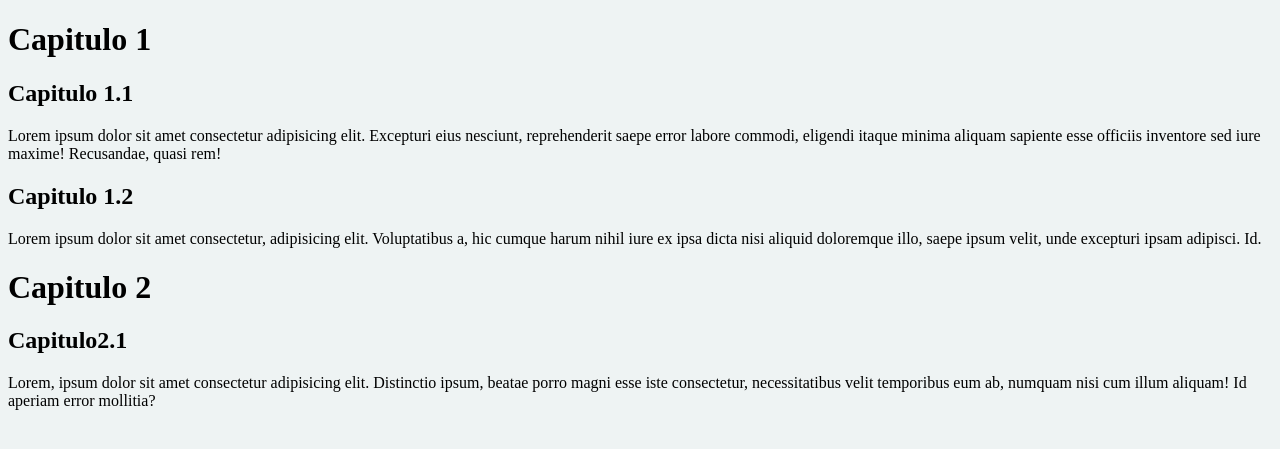
Repository: Guillermomarcon/exercicios
Page: ex013.1/index.html
An editor plug-in stored every save of this project. The page is shown before and after the next save, followed by the edit.
The browser window is 1280 px wide. The pictures show the whole page.

Above is the page before, as saved 2020-12-31 15:28:50.

### ex013.1/index.html
<!DOCTYPE html>
<html lang="pt-br">
<head>
    <meta charset="UTF-8">
    <meta name="viewport" content="width=device-width, initial-scale=1.0">
    <title>Estilos in-line</title>
    <link rel="shortcut icon" href="imagens/favicon-16x16.png" type="image/x-icon">
</head>
<body style="background-color: rgb(238, 243, 243);">
    <h1 style="color: ;">Capitulo 1</h1>
    <h2>Capitulo 1.1</h2>
    <p>
        Lorem ipsum dolor sit amet consectetur adipisicing elit. Excepturi eius nesciunt, reprehenderit saepe error labore commodi, eligendi itaque minima aliquam sapiente esse officiis inventore sed iure maxime! Recusandae, quasi rem!
    </p>
    <h2>Capitulo 1.2</h2>
    <p>
        Lorem ipsum dolor sit amet consectetur, adipisicing elit. Voluptatibus a, hic cumque harum nihil iure ex ipsa dicta nisi aliquid doloremque illo, saepe ipsum velit, unde excepturi ipsam adipisci. Id.
    </p>
    <h1>Capitulo 2</h1>
    <h2>Capitulo2.1</h2>
    <p>
        Lorem, ipsum dolor sit amet consectetur adipisicing elit. Distinctio ipsum, beatae porro magni esse iste consectetur, necessitatibus velit temporibus eum ab, numquam nisi cum illum aliquam! Id aperiam error mollitia?
    </p>




</body>
</html>

After the next save:
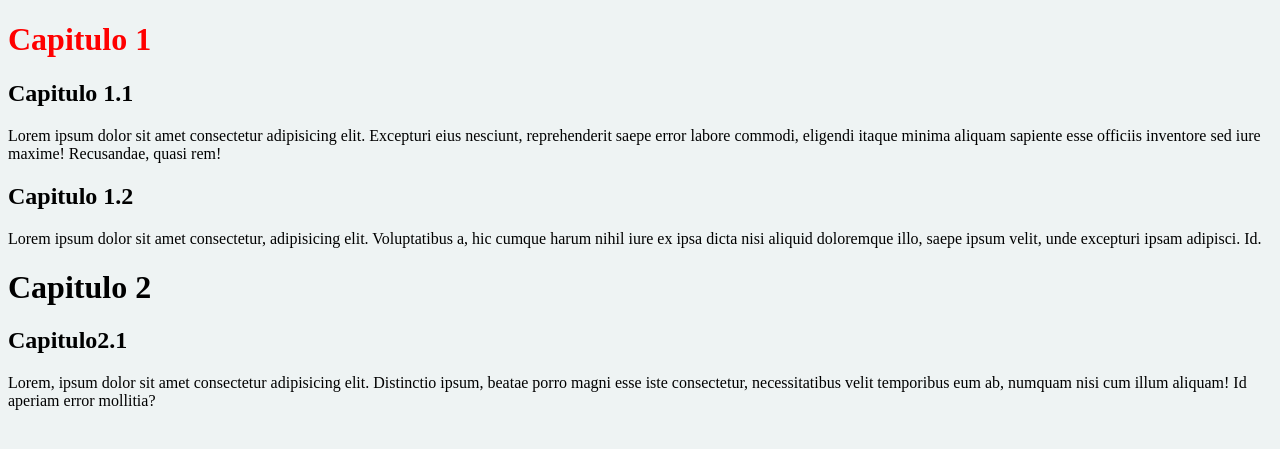
Saved 8 s later.
--- a/ex013.1/index.html
+++ b/ex013.1/index.html
@@ -7,7 +7,7 @@
     <link rel="shortcut icon" href="imagens/favicon-16x16.png" type="image/x-icon">
 </head>
 <body style="background-color: rgb(238, 243, 243);">
-    <h1 style="color: ;">Capitulo 1</h1>
+    <h1 style="color: red;">Capitulo 1</h1>
     <h2>Capitulo 1.1</h2>
     <p>
         Lorem ipsum dolor sit amet consectetur adipisicing elit. Excepturi eius nesciunt, reprehenderit saepe error labore commodi, eligendi itaque minima aliquam sapiente esse officiis inventore sed iure maxime! Recusandae, quasi rem!
